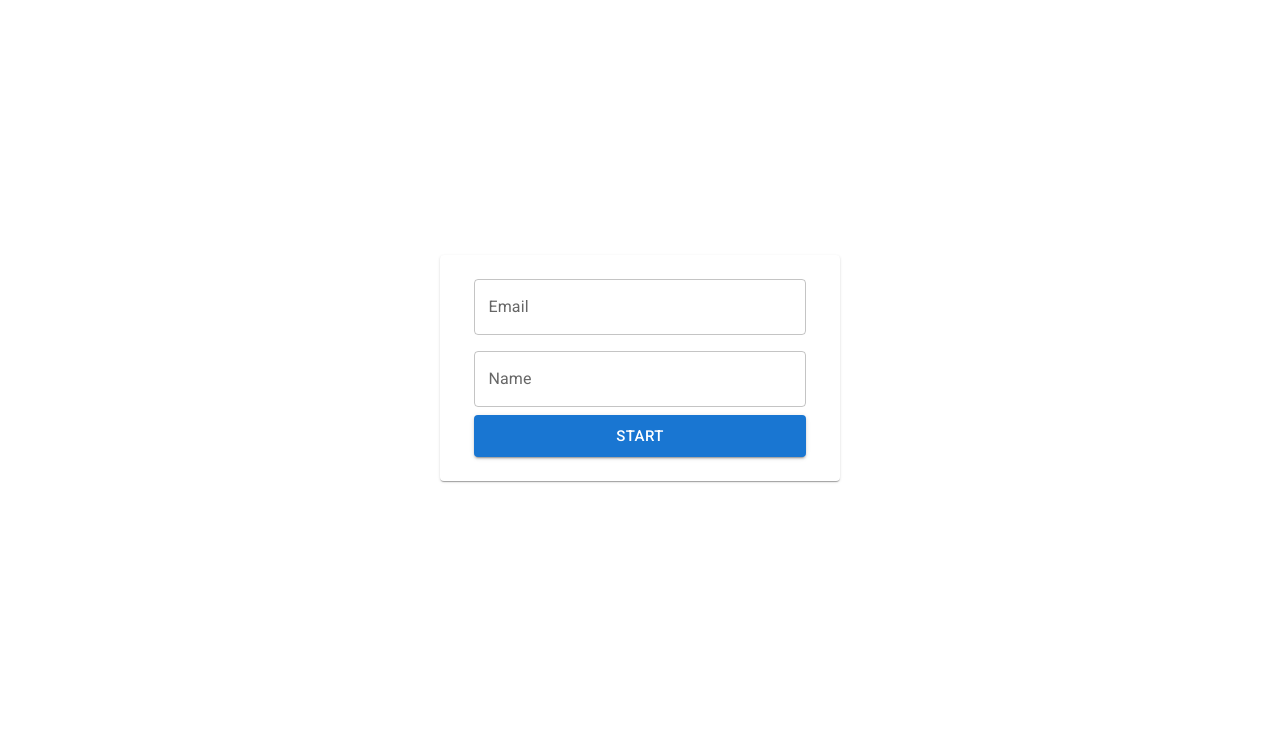
Repository: shikubro90/Quiz-App-React
Page: /
The author's editor kept a copy of each file at every save. The page is drawn from the files as they stood at one save, then again after a run of saves.
The browser window is 1280 px wide. The pictures show the whole page.
The project was rebuilt for these pictures with package versions that can differ from the ones it lists, and the page was loaded fresh each time. Also part of the build but not shown: src/index.css, src/App.css.

Above is the page before, as saved 2022-06-25 02:09:38.

After the next 3 saves:
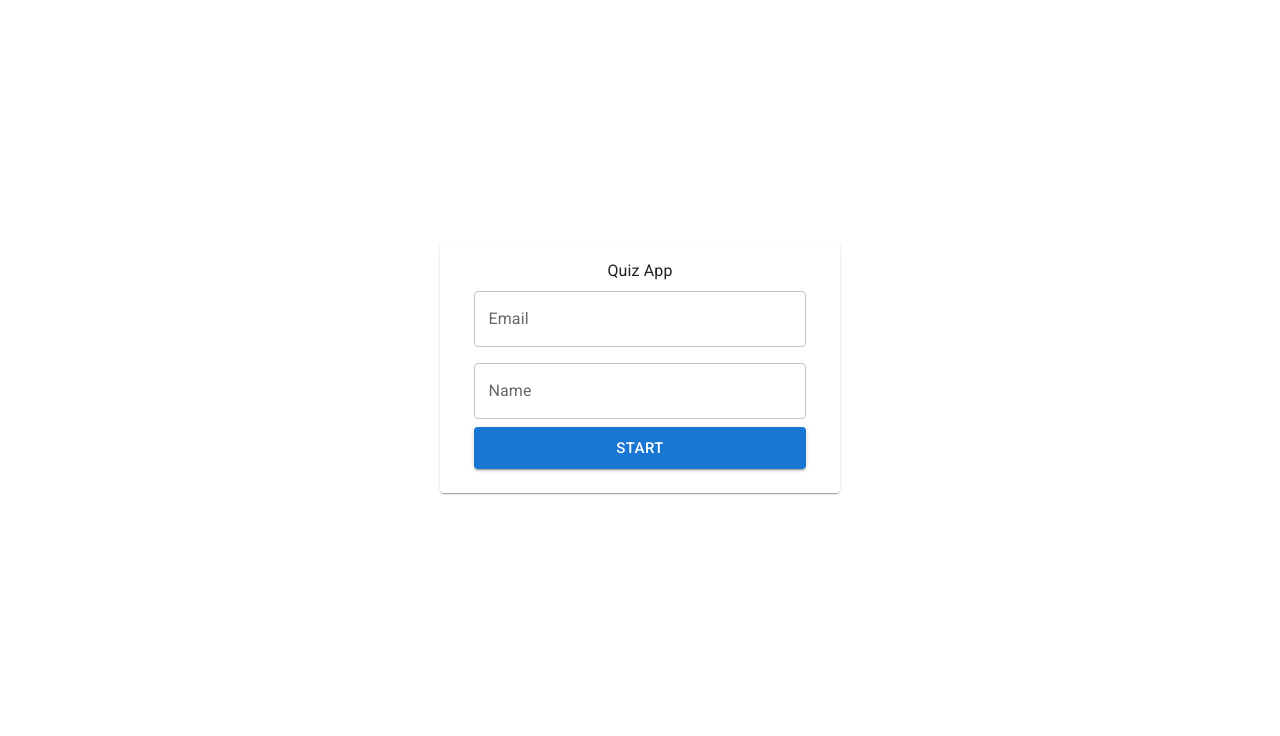
The 3 saves are shown as one change because they came seconds apart.
The last was saved 10 s later.
--- a/src/components/Login.jsx
+++ b/src/components/Login.jsx
@@ -12,8 +12,8 @@ const Login = () => {
                 <CardContent
                     sx={{textAlign: 'center'}}
                 >
-                    <Typography>
-
+                    <Typography >
+                        Quiz App
                     </Typography>
 
                     <Box sx={{
